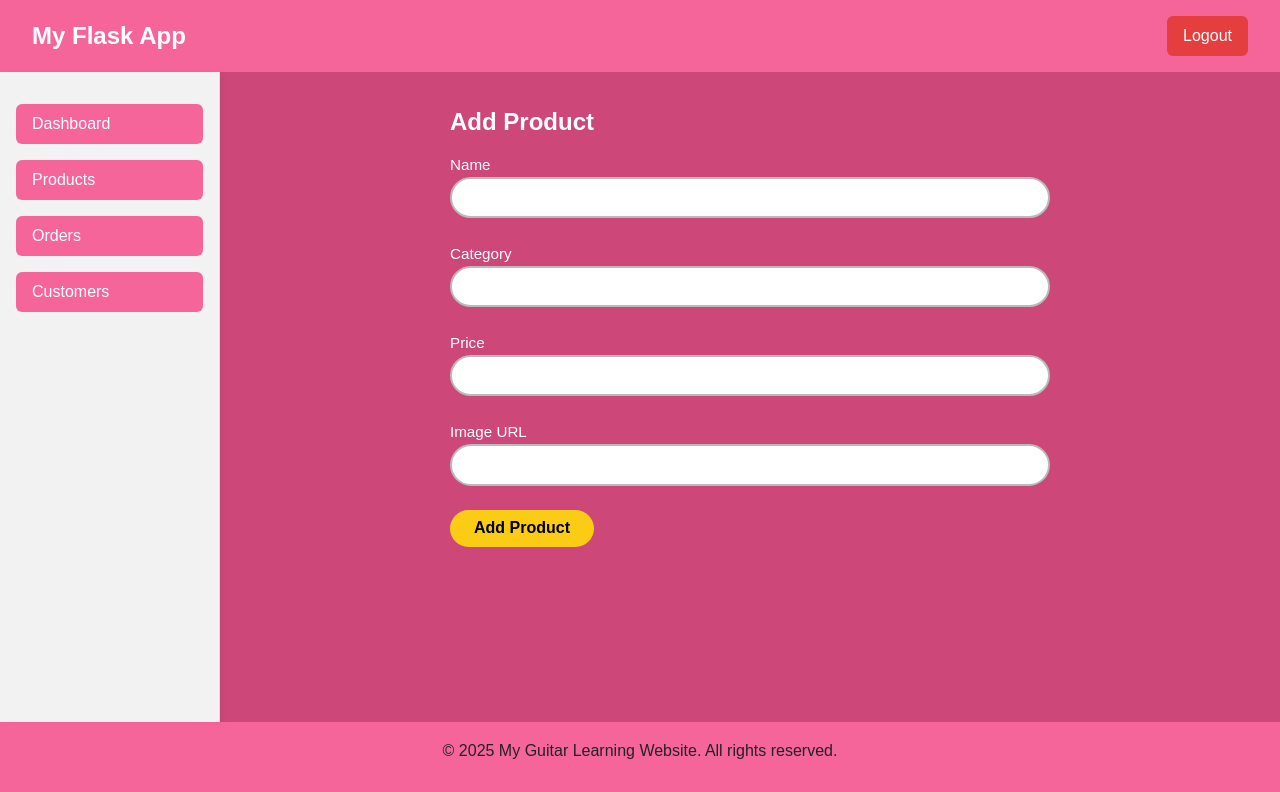
Repository: rywkoo/LearnGuitar
Page: templates/admin/addproduct.html
An editor plug-in stored every save of this project. The page is shown before and after the next save, followed by the edit.
The browser window is 1280 px wide. The pictures show the whole page.
The page is served by the project's application, run on Flask 3 (app.py). The template is opened directly, without the code that normally fills it, so the values that code supplies are empty.

Above is the page before, as saved 2025-08-25 20:39:04.

After the next save:
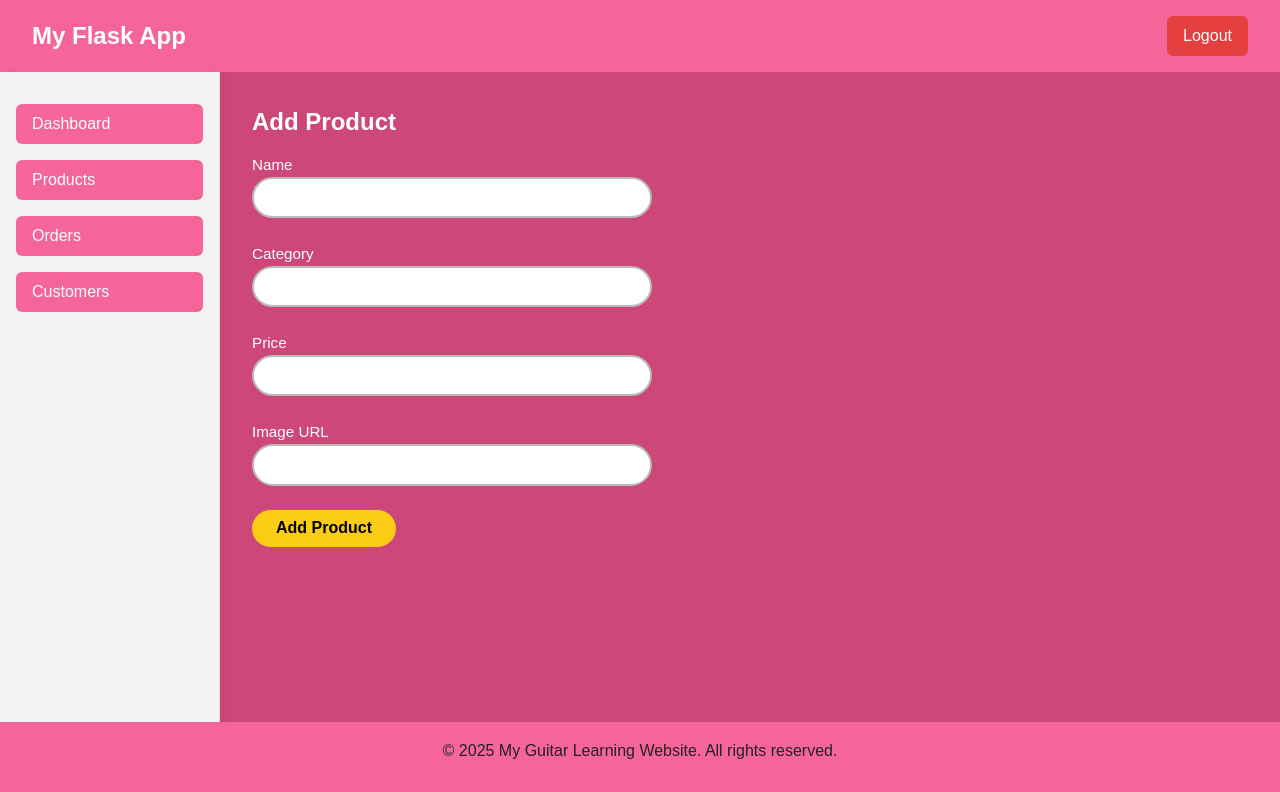
Saved 9 s later.
--- a/templates/admin/addproduct.html
+++ b/templates/admin/addproduct.html
@@ -3,7 +3,7 @@
 {% block main_content %}
 
 
-<div  style="width: 600px; margin: auto;">
+<div  style="width: 400px;">
     <h2 style="color: white;">Add Product</h2>
     <form method="POST">
         <div class="mb-3">
